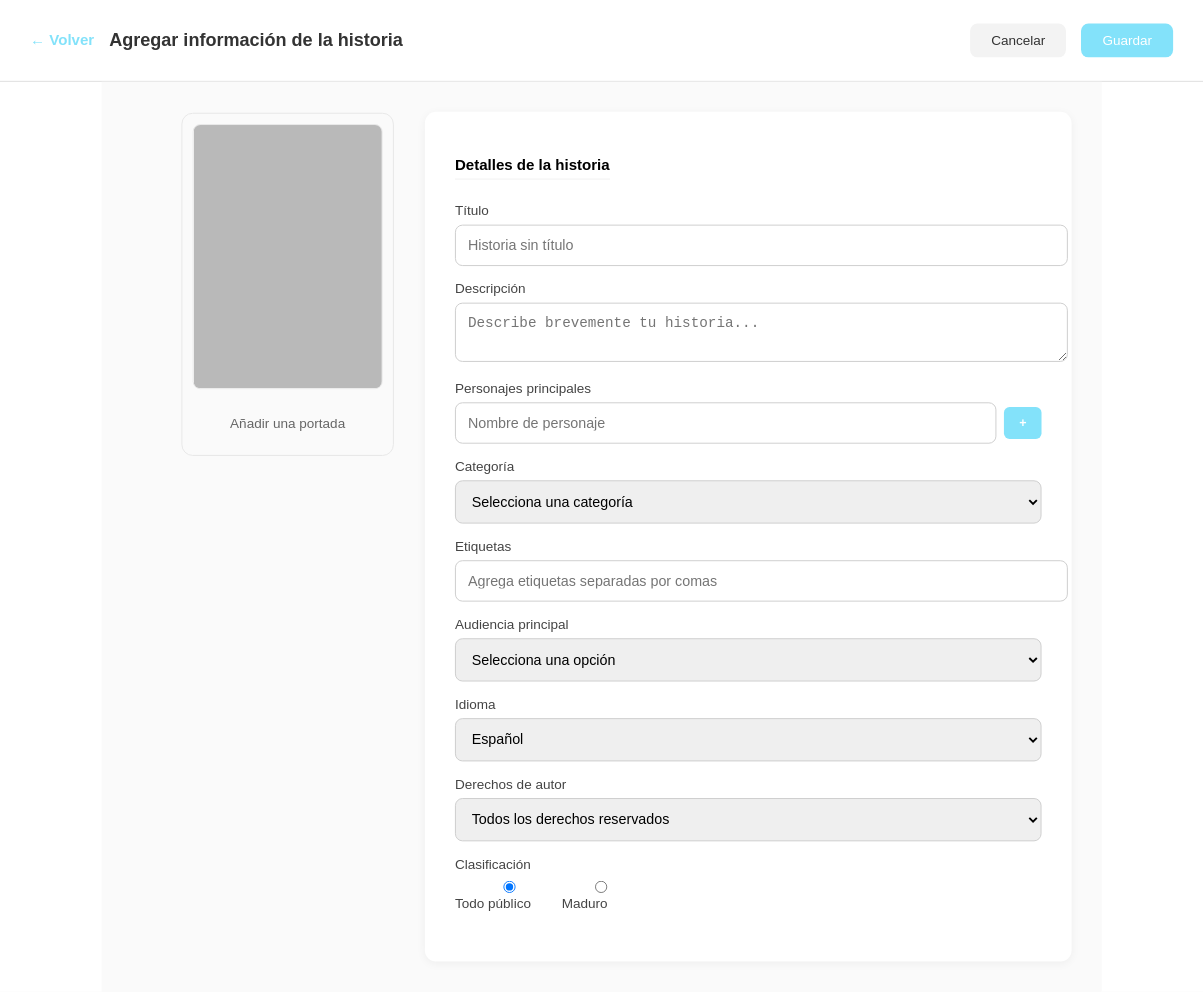
Repository: Mellowdarkl/willpig_studio
Page: .env/html_backup/indexCreti.html
The author's editor kept a copy of each file at every save. The page is drawn from the files as they stood at one save, then again after the next save.
The browser window is 1280 px wide. The pictures show the whole page, at 94% of full size.
Pictures or frames that could not be fetched are drawn as grey boxes.

Above is the page before, as saved 2025-11-11 15:59:43.

### .env/html_backup/indexCreti.html
<!DOCTYPE html>
<html lang="es">
<head>
  <meta charset="UTF-8" />
  <meta name="viewport" content="width=device-width, initial-scale=1.0" />
  <title>Crear historia | Willpig Studio</title>
  <link rel="stylesheet" href="style1.2.css" />
  <link rel="icon" type="image/x-icon" href="/public/img/img.ico/logo.ico" />
</head>
<body>

  <!-- 🧭 Barra superior -->
  <header class="story-header">
    <div class="header-left">
      <a href="/" class="back-link">← Volver</a>
      <h2>Agregar información de la historia</h2>
    </div>

    <div class="header-actions">
      <button class="btn-canceler">Cancelar</button>
      <button class="btn-savever">Guardar</button>
    </div>
  </header>

  <!--  Contenedor principal -->
  <main class="new-storys">
    <!--  Lado izquierdo: portada -->
    <div class="story-cover">

    <div class="story-cover">
      <label for="portada" class="cover-box">
        <img src="/public/img/img.ico/image-icon.png" alt="" class="cover-icon">
        <p>Añadir una portada</p>
      </label>
        <input type="file" id="portada" accept="image/*" hidden>
    </div>


    <!--  Lado derecho: formulario -->
    <form class="story-form" action="/newstory" method="POST">
      <section class="story-details">
        <h3>Detalles de la historia</h3>

        <div class="form-group">
          <label for="titulo">Título</label>
          <input type="text" id="titulo" name="titulo" placeholder="Historia sin título" required>
        </div>

        <div class="form-group">
          <label for="descripcion">Descripción</label>
          <textarea id="descripcion" name="descripcion" placeholder="Describe brevemente tu historia..."></textarea>
        </div>

        <div class="form-group">
          <label for="personajes">Personajes principales</label>
          <div class="inline-group">
            <input type="text" id="personajes" name="personajes" placeholder="Nombre de personaje">
            <button type="button" class="btn-add">+</button>
          </div>
        </div>

        <div class="form-group">
          <label for="categoria">Categoría</label>
          <select id="categoria" name="categoria">
            <option value="">Selecciona una categoría</option>
            <option value="fantasia">Fantasía</option>
            <option value="romance">Romance</option>
            <option value="aventura">Aventura</option>
            <option value="drama">Drama</option>
            <option value="infantil">Infantil</option>
          </select>
        </div>

        <div class="form-group">
          <label for="etiquetas">Etiquetas</label>
          <input type="text" id="etiquetas" name="etiquetas" placeholder="Agrega etiquetas separadas por comas">
        </div>

        <div class="form-group">
          <label for="audiencia">Audiencia principal</label>
          <select id="audiencia" name="audiencia">
            <option value="">Selecciona una opción</option>
            <option value="general">General</option>
            <option value="adolescentes">Adolescentes</option>
            <option value="adultos">Adultos</option>
          </select>
        </div>

        <div class="form-group">
          <label for="idioma">Idioma</label>
          <select id="idioma" name="idioma">
            <option value="es">Español</option>
            <option value="en">Inglés</option>
          </select>
        </div>

        <div class="form-group">
          <label for="derechos">Derechos de autor</label>
          <select id="derechos" name="derechos">
            <option value="todos">Todos los derechos reservados</option>
            <option value="compartido">Uso compartido con créditos</option>
            <option value="libre">Dominio público</option>
          </select>
        </div>

        <div class="form-group">
          <label>Clasificación</label>
          <div class="inline-group">
            <label><input type="radio" name="clasificacion" value="todo" checked> Todo público</label>
            <label><input type="radio" name="clasificacion" value="maduro"> Maduro</label>
          </div>
        </div>
      </section>
    </form>
  </main>

</body>
<script>
  const input = document.getElementById("portada");
  const label = document.querySelector(".cover-box");

  input.addEventListener("change", function() {
    const file = this.files[0];
    if (file) {
      const imgURL = URL.createObjectURL(file);
      label.innerHTML = `<img src="${imgURL}" style="width:100%; height:100%; object-fit:cover; border-radius:12px;">`;
    }
  });
</script>
</html>

### .env/html_backup/style1.2.css
/*============================ Variables CSS ========================*/
:root {
  --orange: #94d5e6;
  --light-gray: #f5f5f5;
  --text-dark: #333;
  --text-light: #fff;
  --hover-bg: #ffe7d6;
  --transition: all 0.3s ease;
  --radius: 10px;
  font-family: 'Poppins', sans-serif;
}

/* === General === */
body {
  margin: 0;
  background: var(--light-gray);
  color: var(--text-dark);
}

/* 🌞 Modo claro por defecto */
body {
  background-color: rgb(22, 22, 22);
  color: rgb(250, 250, 250);
  transition: background-color 0.5s ease, color 0.5s ease;
}


body.dark-mode {
  background-color: #121212;
  color: #f0f0f0;
}
a {
  text-decoration: none;
  color: inherit;
}
a:hover {
  color: var(--orange);
}
/* === Navbar === */
.navbar {
  display: flex;
  align-items: center;
  justify-content: space-between;
  background-color: #99d6e0;
  padding: 8px 20px;
  font-family: 'Helvetica Neue', sans-serif;
  position: relative;
  top: 0;
  z-index: 10;
  height: 50px;
  box-sizing: border-box;
}

.logo-fig img {
  max-height: 58px; /* el logo nunca será más alto que esto */
  width: auto; /* mantiene proporción */
  object-fit: contain;
  margin-right: 1px;
  display: block; /* elimina efectos de línea base */
  align-items: left;
}

.logo {
  display: flex;
  align-items: center;
  cursor: pointer;
}

.logo-text {
  font-size: 20px;
  font-weight: 600;
  color: #0c2147;
  margin-left: 5px;
}

.search-bar {
  border-radius: 3px;
  padding: 9px 15px;
  border: none;
  width: 300px;
  outline: none;
  font-size: 14px;
  margin-right: 60%;
}

.S1mMa {
  width: 12px;
  height: 12px;
  margin-left: 4px;
  vertical-align: middle;
  margin-right: 0.5px;
  align-items: 14px;

}

.nav-actions {
  display: flex;
  align-items: center;
  gap: 0.1px;
}

/* Dropdown general */
.dropdown {
  position: relative;
}

.dropdown-trigger {
  display: flex;
  align-items: center;
  gap: 0.1px;
  cursor: pointer;
}

/* Botones */
.dropbtn {
  background: none;
  border: none;
  font-size: 14px;
  cursor: pointer;
  padding: 6px 6px;
  color: var(--text-dark);
  color: #121212;
}

/* Flechas */
.S1mMa {
  width: 12px;
  height: 12px;
  vertical-align: middle;
  margin-left: 2px;
}

/* Avatar */
.avatar-sm {
  width: 32px;
  height: 32px;
  border-radius: 50%;
  object-fit: cover;
}

/* Menú desplegable */
.dropdown-content {
  position: absolute;
  top: 100%;
  right: 0;
  background-color: white;
  display: none;
  flex-direction: column;
  box-shadow: 0 2px 8px rgba(0,0,0,0.15);
  z-index: 100;
  min-width: 160px;
}

/* Mostrar al pasar el cursor */
.dropdown:hover .dropdown-content {
  display: flex;
}

/* Contenedor general */
.dropdown.profile {
  position: relative;
  display: flex;
  align-items: center;
  cursor: pointer;
}

/* Avatar */
.avatar-sm {
  width: 32px;
  height: 32px;
  border-radius: 50%;
  object-fit: cover;
}

/* Flecha */
.S1mMa {
  width: 12px;
  height: 12px;
  margin-left: 2px;
  vertical-align: middle;
}

/* Menú desplegable */
.dropdown-content {
  position: absolute;
  top: 100%;
  right: 0;
  background-color: white;
  display: none;
  flex-direction: column;
  box-shadow: 0 2px 8px rgba(0,0,0,0.15);
  z-index: 100;
  min-width: 160px;
}

/* Mostrar al pasar el cursor por el avatar o flecha */
.dropdown.profile:hover .dropdown-content {
  display: flex;
}

/* Mostrar al pasar el cursor por el trigger */
.dropdown:hover .dropdown-content {
  display: flex;
}

.modo-btn {
  background: color(srgb rgb(230, 0, 0));
  border: none;
  font-size: 22px;
  cursor: pointer;
  transition: transform 0.2s ease;
}

.modo-btn:hover {
  transform: scale(1.2);
}

.nav-actions {
  display: flex;
  align-items: center;
  gap: 1rem;
}

.dropbtn {
  background: none;
  border: none;
  color: var(--text-light);
  font-weight: 500;
  cursor: pointer;
  padding: 0.1rem 0.5rem;
  position: static;
}

.dropdown-content {
  display: none;
  position: absolute;
  background: white;
  border-radius: var(--radius);
  box-shadow: 0 2px 10px rgba(0,0,0,0.1);
}

.dropdown:hover .dropdown-content {
  display: block;
}

.dropdown-content a {
  display: block;
  padding: 0.6rem 1rem;
  color: var(--text-dark);
  text-decoration: none;
}

.dropdown-content a:hover {
  background: var(--hover-bg);
}

/* === Carrusel === */
.hero-carousel {
  position: relative;
}

.carousel {
  display: flex;
  overflow: hidden;
}

.slide {
  min-width: 100%;
  position: relative;
  transform: opacity 5s ease-in-out;
}
.slide {
  display: block;
}

.carousel {
  position: relative;
  overflow: hidden;
}

.slide {
  display: none;
  width: 100%;
  transition: opacity 1s ease-in-out;
}

.slide.active {
  display: block;
}

.slide img {
  width: 100%;
  height: 450px;
  object-fit: cover;
}

.caption {
  position: absolute;
  bottom: 5cqb;
  left: 15px;button {
  border: none;
  border-radius: 25px; /* 🔸 más redondo */
  padding: 10px 25px;
  background-color: #5fa55a;
  color: rgb(255, 255, 255);
  font-weight: 600;
  cursor: pointer;
  transition: background-color 0.3s ease, transform 0.2s ease;
}

button:hover {
  background-color: #88cc50; /* color cálido al pasar el cursor */
  transform: scale(1.05);
}

  background: none;
  color: #f0f0f0;
  padding: 0.9rem;
  border-radius: var(--radius);

}

.carousel-controls {
  position: absolute;
  top: 50%;
  width: 100%;
  display: flex;
  justify-content: space-between;
}

.carousel-controls button {
  background: rgba(44, 44, 44, 0.5);
  color: white;
  border: none;
  font-size: 1rem;
  cursor: pointer;
  border-radius: 50%;
  padding: 0.5rem 1rem;
  position: relative;
}

/* === Secciones de historias === */
.stories-section {
  margin: 2rem;
  align-items: center;
}

.stories-section h2 {
  margin-bottom: 1rem;
  margin-left: 260px; /* leve desplazamiento visual para armonía */
  font-size: 1.5rem;
}

.stories-section {
  margin: 3rem auto;
  max-width: 90%; /* limita el ancho total para que el título y libros estén alineados */
}

.scroll-container {
  display: flex;
  flex-wrap: wrap; /* permite que los libros salten a otra línea si no caben */
  justify-content: center;
  gap: 1rem;
  padding: 10px;
  overflow-x: auto; /* mantiene el scroll si hay demasiados */
  box-sizing: border-box;
  padding: 0.8rem 10px 1rem 10px;
}

.story-card {
  flex: 1 1 150px; /*  permite adaptación dinámica */
  max-width: 180px; /*  evita que crezcan demasiado */
  min-width: 140px; /*  evita que se deformen en zoom alto */
  background: white;
  border-radius: var(--radius);
  box-shadow: 0 2px 5px rgba(0, 0, 0, 0.1);
  text-align: center;
  transition: var(--transition);
  background-color: #f5f5f5;
  color: #000000;
  transition: cubic-bezier(0.075, 0.82, 0.165, 1) all 0.3s;
}


.story-card img {
  width: 100%;
  height: auto;
  border-radius: var(--radius) var(--radius) 0 0;
  object-fit: cover;
  color: #000000;
}

.story-card:hover {
  transform: scale(1.05);
}

.story-card img {
  width: 100%;
  border-radius: var(--radius) var(--radius) 0 0;
  height: 220px;
  object-fit: cover;
}

.leer_story {
  margin-top: 10px;
  margin-bottom: 10px;
  border: none;
  border-radius: 15px; /* 🔸 más redondo */
  padding: 10px 25px;
  background-color: #5fa55a;
  color: rgb(255, 255, 255);
  font-weight: 600;
  cursor: pointer;
  transition: background-color 0.3s ease, transform 0.2s ease;
}
.leer_story:hover {
  background-color: #88cc50; /* color cálido al pasar el cursor */
  transform: scale(1.05);
}

.navbar:hover .dropbtn {
  color: var(--text-bright);
}
.story-card h3 {
  margin: 0.5rem 0;
  font-size: 1rem;
  color: var(--text-dark);
  color: #ffffff;
  transition: all 0.3s ease;
  background-color: #000000;
}
.scroll-btn {
  position: absolute;
  top: 35%;
  background: rgba(255,255,255,0.8);
  border: none;
  font-size: 1.5rem;
  cursor: pointer;
  border-radius: 50%;
  padding: 0.3rem 0.6rem;
  transition: var(--transition);
}

.scroll-btn:hover {
  background: var(--orange);
  color: rgb(201, 13, 13);
}

.scroll-btn.left { left: -5px; }
.scroll-btn.right { right: -5px; }

/* === Historia destacada === */
.featured-story {
  display: flex;
  margin: 3rem 2rem;
  background: white;
  border-radius: var(--radius);
  overflow: hidden;
  background-color: rgb(255, 255, 255);
  color: black;
  transition: background-color 0.5s ease, color 0.5s ease;
  border: #f0f0f0 1px solid;
}

.featured-story img {
  width: 50%;
  object-fit: cover;
}

.featured-story .info {
  padding: 2rem;
}

/* === Footer === */
footer {
  background: #ffffff;
  text-align: center;
  padding: 2rem;
  font-size: 0.9rem;
  color: #012464;
}

.footer-links {
  display: flex;
  justify-content: center;
  gap: 1.5rem;
  flex-wrap: wrap;
  margin-bottom: 0.8rem;

}

.footer-links a {
  color: #444;
  text-decoration: none;
}

.footer-links a:hover {
  text-decoration: underline;
}

.footer-links {
  padding: 0px 20px;
}

.footer-links {
  max-width: 600px;
  margin: 0 auto;
}

.scroll-container {
  display: flex;
  justify-content: center; /* Centra horizontalmente */
  align-items: center;     /* Centra verticalmente */
  flex-wrap: wrap;         /* Para que salten de línea si hay muchas */
  gap: 1.5rem;             /* Espaciado entre tarjetas */
  padding: 20px;
}

.theme-color {
  background: #99d6e0;
  border: none;
  color: var(--text-light);
  font-weight: 100;
  cursor: pointer;
}

body {
  background-color: white;
  color: black;
  transition: background-color 0.5s ease, color 0.5s ease;
}

body.dark-mode {
  background-color: black;
  color: white;
}
body.dark-mode .featured-story {
  background-color: #1c1c1c;
  color: #f0f0f0;
}
/*=======Final pagina principal======*/

/* ======= FORMULARIO DE REGISTRO ======= */
html, body {
  margin: 0;
  padding: 0;
}

.register-container-igm {
  display: flex;
  justify-content: center;
  align-items: center;
  height: 100vh;
  background-image: url('/public/img/img.ico/fondo_register.jpg'); /* ✅ sin /public */
  background-size: cover;
  background-position: center;
}

.logo-LTRA {
  position: absolute;
  top: 40px ;
  left: 460px;
}

.logo-LTRA img {
  height: 80px;
}

.register-card {
  background: rgba(255, 255, 255, 0.96);
  padding: 2.5rem;
  border-radius: 15px;
  box-shadow: 0 4px 20px rgba(0,0,0,0.20);
  width: 100%;
  max-width: 420px;
  text-align: center;
  backdrop-filter: blur(6px);
}

.register-card h1 {
  font-size: 1.8rem;
  margin-bottom: 1rem;
  color: var(--accent-color, #f39135);
}

.register-form .form-group {
  text-align: left;
  margin-bottom: 1.2rem;
}

.register-form input {
  width: 100%; /* ✅ ya no corta el ancho */
  padding: 0.8rem;
  border: 1px solid #ccc;
  border-radius: 8px;
  font-size: 1rem;
}

.register-form input:focus {
  border-color: var(--accent-color, #f39135);
  box-shadow: 0 0 4px rgba(243,115,53,0.3);
}

/* Botón */
.btn-register {
  background-color: #040225;
  color: white;
  border: none;
  width: 100%;
  padding: 0.9rem;
  border-radius: 10px;
  cursor: pointer;
}

.btn-register:hover {
  background-color: #3d3d3d;
}

/* Link de login */
.login-link a {
  color: #040225;
  font-weight: 600;
  text-decoration: none;
}

.login-link a:hover {
  text-decoration: underline;
}

/*=======Final formulario de registro======*/

/* ====== FORMULARIO DE LOGIN ====== */
main.loginIn-container .btn-loginIn {
  /* estilos aquí */
  .loginIn-container {
  display: flex;
  justify-content: center;
  align-items: center;

}
.loginPin-card {
  background: #fff;
  padding: 2.5rem;
  border-radius: 15px;
}
  box-shadow: 0 4px 20px rgba(0,0,0,0.08);
  width: 100%;
  max-width: 420px;
  text-align: center;


}
html, body {
  margin: 0;
  padding: 0;
}
.register-container {
  display: flex;
  justify-content: center;
  align-items: center;
  margin-left: auto;
  margin-right: 40vh;
}

.loginIn-container {
  display: flex;
  justify-content: center;
  align-items: center;
  height: 100vh;
  background-color: var(--background-color, #fff);
  left: 400vh;
}

.loginPin-card {
  background: #fff;
  padding: 2.5rem;
  border-radius: 15px;
  box-shadow: 0 4px 20px rgba(0,0,0,0.08);
  width: 100%;
  max-width: 420px;
  text-align: center;
  left: 400vh;
}

.loginPin-card h1 {
  font-size: 1.8rem;
  margin-bottom: 1rem;
  color: var(--accent-color, #f37335);
}

/* ====== LOGIN ESTILO POCKET ====== */
.login-pocketIN {
  display: flex;
  height: 100vh;
  background-color: #fff;
}

/* Lado izquierdo con imagen */
.login-visual {
  flex: 1;
  background-color: #fafafa;
  display: flex;
  justify-content: center;
  align-items: center;
  padding: 2rem;
}

.login-visual img {
  width: 90%;
  max-width: 600px;
  border-radius: 10px;
  box-shadow: 0 4px 30px rgba(0, 0, 0, 0.1);
}

/* Lado derecho con formulario */
.login-form-section {
  flex: 1;
  display: flex;
  justify-content: center;
  align-items: center;
  padding: 2rem;
}

.login-box {
  width: 90%;
  max-width: 400px;
  text-align: center;
}

.login-box h1 {
  color: var(--accent-color, #f39135);
  font-size: 1.8rem;
  margin-bottom: 3rem;
}

.login-box p {
  color: #666;
  margin-bottom: 1.5rem;
}

.form-login .form-group {
  text-align: left;
  margin-bottom: 1rem;
}

.form-login label {
  display: block;
  font-size: 0.9rem;
  color: #444;
  margin-bottom: 0.3rem;
}

.form-login input {
  width: 88%;
  padding: 0.8rem;
  border: 1px solid #ccc;
  border-radius: 8px;
  font-size: 1rem;
  outline: none;
  transition: 0.3s;
}

.form-login input:focus {
  border-color: var(--accent-color, #f37335);
  box-shadow: 0 0 5px rgba(243,115,53,0.3);
}

.btn-login-pocket {
  background-color: var(--accent-color, #070658);
  color: white;
  border: none;
  border-radius: 8px;
  width: 80%;
  padding: 0.9rem;
  font-size: 1rem;
  cursor: pointer;
  transition: background 0.3s ease;
}

.btn-login-pocket:hover {
  background-color: #303030;
}

.forgot {
  display: block;
  margin-top: 0.8rem;
  color: #1d1d1d;
  font-size: 1rem;
  text-decoration: none;
}

.divider {
  margin: 1.5rem 0;
  position: relative;
  text-align: center;
  color: #aaa;
}

.divider::before, .divider::after {
  content: "";
  position: absolute;
  top: 50%;
  width: 40%;
  height: 1px;
  background-color: #ddd;
}

.divider::before { left: 0; }
.divider::after { right: 0; }

.social-login {
  display: flex;
  flex-direction: column;
  gap: 0.7rem;
}

.social-btn {
  border: 1px solid #ddd;
  border-radius: 8px;
  padding: 0.8rem;
  background-color: #fff;
  cursor: pointer;
  transition: background 0.3s;
}

.social-btn:hover {
  background-color: #f8f8f8;
}

.google { color: #252525; }
/*
.telefono { color: #000; }
.facebook { color: #e66000; }
*/
social-btn google img {
  width: 20px;
  height: 20px;
  vertical-align: middle;
  margin-right: 12px;
  gap: 10px;
  padding: 0.5rem 1rem;
}
.register-text {
  margin-top: 1.5rem;
  font-size: 0.9rem;
}

.register-text a {
  color: var(--accent-color, #f37335);
  font-weight: 500;
  text-decoration: none;
}

.register-text a:hover {
  text-decoration: underline;
}

/* Responsivo */
@media (max-width: 850px) {
  .login-pocket {
    flex-direction: column;
    height: auto;
  }

  .login-visual {
    display: none;
  }

  .login-form-section {
    padding: 3rem 1rem;
  }
}

/* ====== OPCIONES EXTRA DEL LOGIN ====== */
.form-options {
  text-align: left;
  margin: 0.5rem 0 1rem;
  font-size: 0.9rem;
  color: #555;
}

.form-options input[type="checkbox"] {
  margin-right: 0.4rem;
  accent-color: var(--accent-color, #f37335);
}

/* ====== FORMULARIO DE NOTIFICACIÓN ====== */
.story-header {
  display: flex;
  justify-content: space-between;
  align-items: center;
  background: #fff;
  border-bottom: 1px solid #ddd;
  padding: 1rem 2rem;
}

.story-header .header-left {
  display: flex;
  align-items: center;
  gap: 1rem;
}

.story-header h2 {
  font-size: 1.2rem;
  color: #333;
}

.back-link {
  color: var(--accent-color, #83e2fa);
  text-decoration: none;
  font-weight: bold;
}

.header-actions {
  display: flex;
  gap: 1rem;
}

.btn-canceler, .btn-savever {
  padding: 0.6rem 1.4rem;
  border-radius: 8px;
  font-size: 0.9rem;
  border: none;
  cursor: pointer;
  transition: 0.3s;
}

.btn-canceler {
  background: #f3f3f3;
  color: #333;
}

.btn-canceler:hover { background: #e5e5e5; }

.btn-savever {
  background: var(--accent-color, #83e2fa);
  color: white;
}

.btn-savever:hover { background: #9af1d4; }

/* Layout general */
.new-storys {
  display: flex;
  padding: 2rem;
  gap: 2rem;
  background: #fafafa;
  margin: auto;
  max-width: 1000px;
}


/* Portada */
.story-cover {
  flex: 1;
  display: flex;
  justify-content: center;
  align-items: flex-start;
}

.story-cover p {
  margin-top: 0.5rem;
  font-size: 0.9rem;
  color: #666;
}
.cover-box {
  text-align: center;
  position: relative;
  left: 10px;
  top: 1px;
  border: 0.1px solid #e7e7e7;
  padding: 0.7rem;
  border-radius: 12px;
  box-shadow: 0 2px 10px rgba(255, 255, 255, 0.1);
}

.story-cover {
  width: 200px;
  display: flex;
  justify-content: center;
}
/*
.cover-box {
  width: 56%;
  height: 300px;
  background: #ededed;
  border-radius: 7px;
  border: 1px dashed #e9e9e9;
  display: flex;
  flex-direction: column;
  justify-content: center;
  align-items: center;
  color: #b3b3b3;
  cursor: pointer;
}
*/
.cover-box:hover {
  border-color: var(--accent-color, #e7e7e7);
  background: #fafafa;
}

.cover-icon {
  width: 20px;
  opacity: 0.7;
}


.coverPreview {
  margin-bottom: 1rem;
  position: absolute 0;
  top: 0;
  left: 0;
}

.btn-upload- {
  display: none;
  position: relative;
  top: 0;
  left: 0;
  z-index: 1;
}
.cover-box img {
  width: 200px;
  height: 280px;
  border: 1px solid #ddd;
  border-radius: 8px;
  object-fit: cover;
  margin-bottom: 1rem;
}

.btn-upload {
  background: #f3f3f3;
  border-radius: 8px;
  padding: 0.6rem 1rem;
  cursor: pointer;
  color: #333;
  font-size: 0.9rem;
}

.btn-upload:hover {
  background: #e5e5e5;
}

/* Formulario */
.story-form {
  flex: 2;
  background: #fff;
  padding: 2rem;
  border-radius: 12px;
  box-shadow: 0 2px 10px rgba(0,0,0,0.05);
}

.story-details h3 {
  font-size: 1rem;
  margin-bottom: 1.6rem;
  border-bottom: 1px solid var(--accent-color, #f0f0f0);
  display: inline-block;
  padding-bottom: 0.3rem;
}

.form-group {
  margin-bottom: 1rem;
}

.form-group label {
  display: block;
  margin-bottom: 0.4rem;
  font-size: 0.9rem;
  color: #444;
}

.form-group input,
.form-group textarea,
.form-group select {
  width: 100%;
  padding: 0.8rem;
  border: 1px solid #ccc;
  border-radius: 8px;
  font-size: 0.95rem;
  outline: none;
}

.inline-group {
  display: flex;
  gap: 0.5rem;
  align-items: center;
}

.btn-add {
  padding: 0.6rem 1rem;
  background: var(--accent-color, #83e2fa);
  border: none;
  color: #fff;
  border-radius: 6px;
  cursor: pointer;
  font-weight: bold;
}

.btn-add:hover {
  background: #83e2fa;
}

/* Responsivo */
@media (max-width: 900px) {
  .new-story {
    flex-direction: column;
    padding: 1rem;
  }

  .story-form {
    padding: 1.5rem;
  }
}

After the next save:
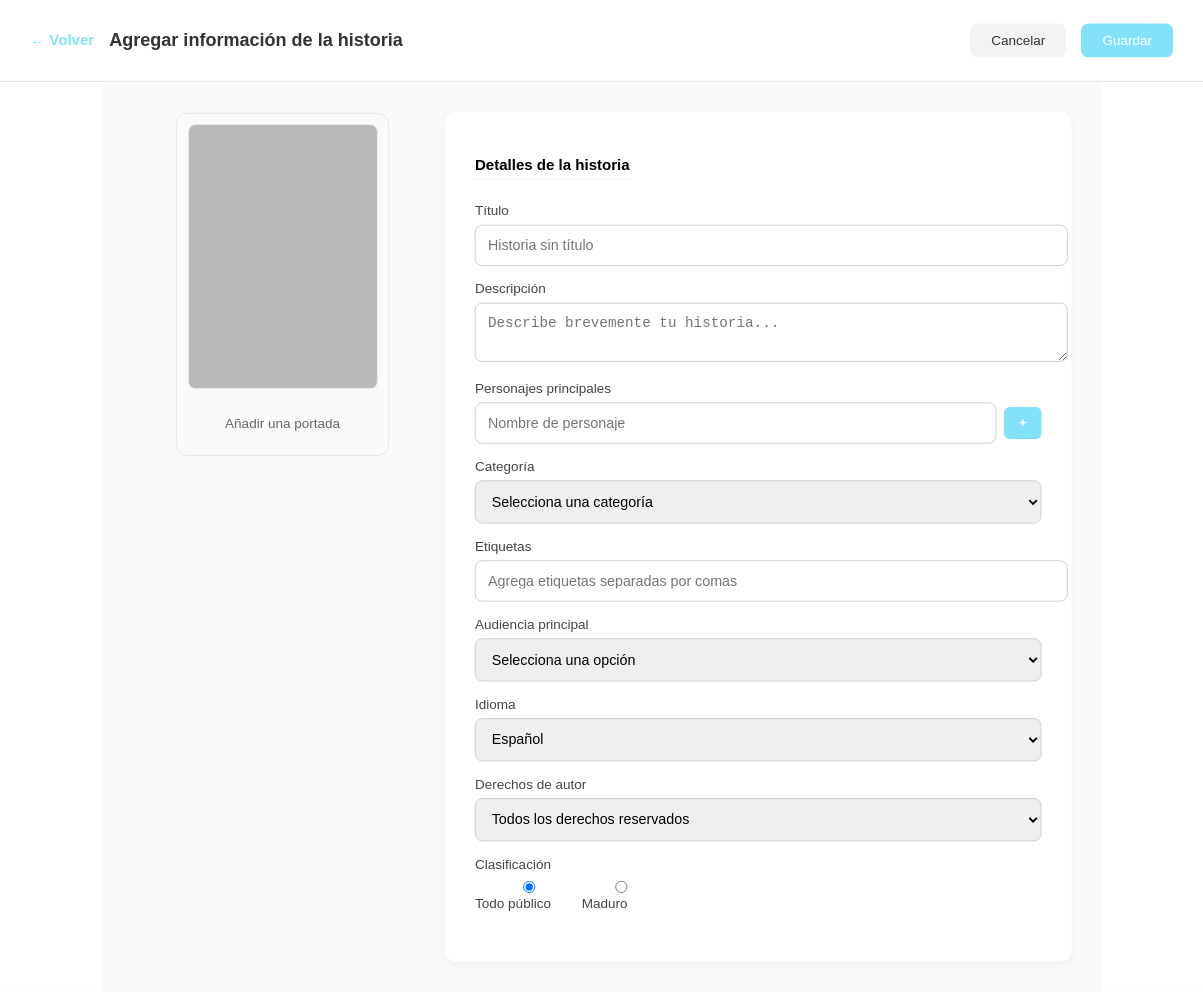
Saved 1 s later.
--- a/.env/html_backup/indexCreti.html
+++ b/.env/html_backup/indexCreti.html
@@ -25,7 +25,6 @@
   <!--  Contenedor principal -->
   <main class="new-storys">
     <!--  Lado izquierdo: portada -->
-    <div class="story-cover">
 
     <div class="story-cover">
       <label for="portada" class="cover-box">
--- a/.env/html_backup/style1.2.css
+++ b/.env/html_backup/style1.2.css
@@ -963,6 +963,7 @@ social-btn google img {
   font-size: 0.9rem;
   color: #666;
 }
+
 .cover-box {
   text-align: center;
   position: relative;
